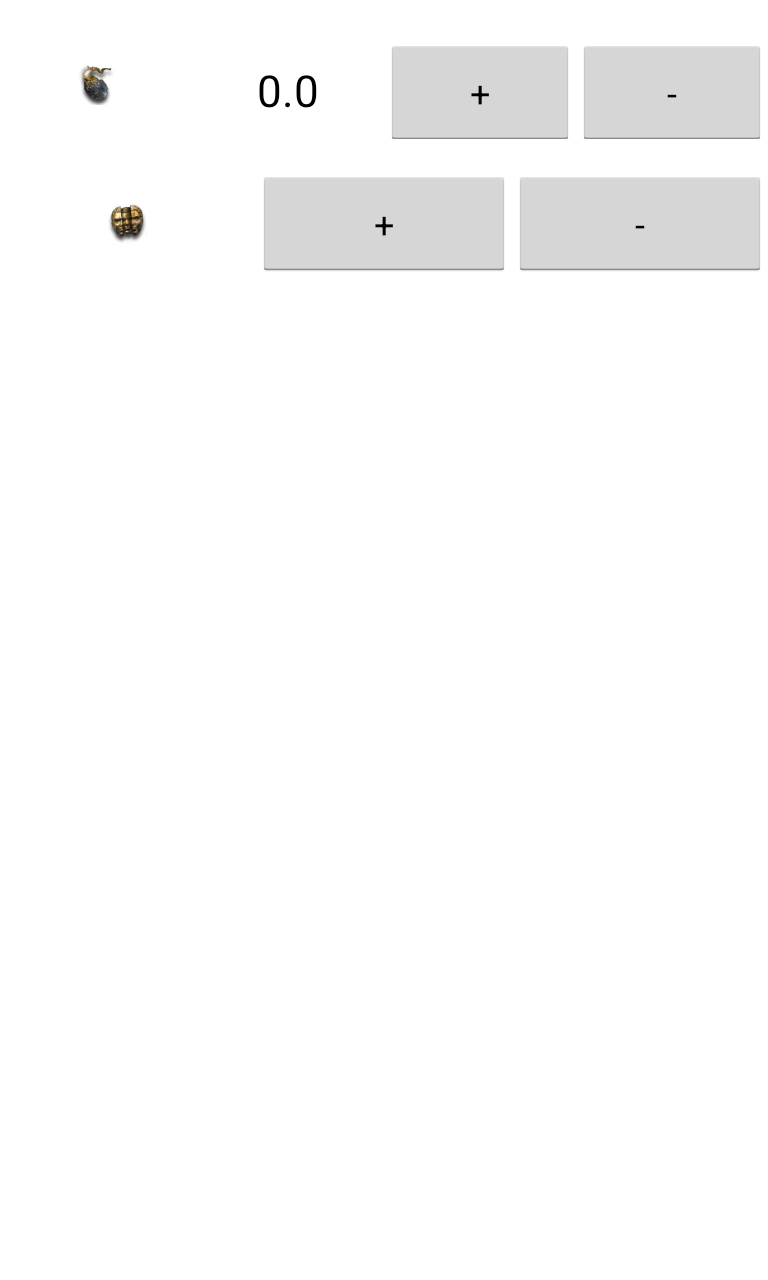
Repository: erictoddhagen/StartingAndriod
Layout: MyFirstApp/OrbTradeTracker/res/layout/activity_main.xml
An editor plug-in stored every save of this project. The layout is shown before and after the next save, followed by the edit.
It is drawn on a 768 x 1280 px phone screen (xhdpi) without system bars, with theme AppTheme; the app's code is not run.

Above is the layout before, as saved 2013-02-03 20:00:13.

After the next save:
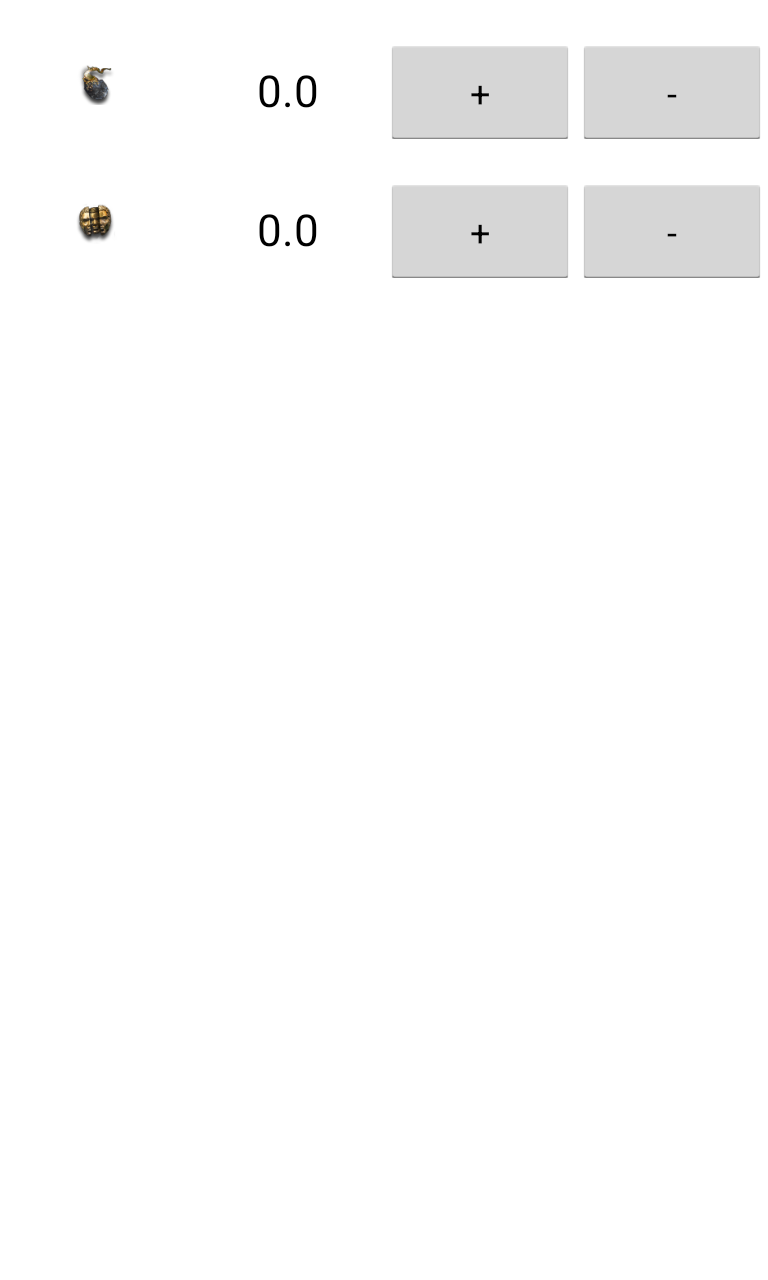
Saved 66 s later.
--- a/MyFirstApp/OrbTradeTracker/res/layout/activity_main.xml
+++ b/MyFirstApp/OrbTradeTracker/res/layout/activity_main.xml
@@ -19,7 +19,6 @@
         android:layout_weight="1"
         android:gravity="center"
         android:src="@drawable/alchemy" />
-
 
     <TextView
         android:id="@+id/alchTextView"
@@ -64,6 +63,15 @@
         android:gravity="center"
         android:src="@drawable/chaos" />
 
+      <TextView
+        android:id="@+id/chaosTextView"
+        android:layout_width="fill_parent"
+        android:layout_height="fill_parent"
+        android:text="0.0"
+        android:padding="15dip"
+        android:layout_weight="1"
+        android:gravity="center"
+        android:textAppearance="?android:attr/textAppearanceLarge" />
 
     <Button
         android:id="@+id/chaosButtonAdd"
@@ -82,8 +90,7 @@
         android:layout_weight="1"
         android:gravity="center"
         android:text="-" />
+
 </LinearLayout>
 
-
-
 </LinearLayout>
